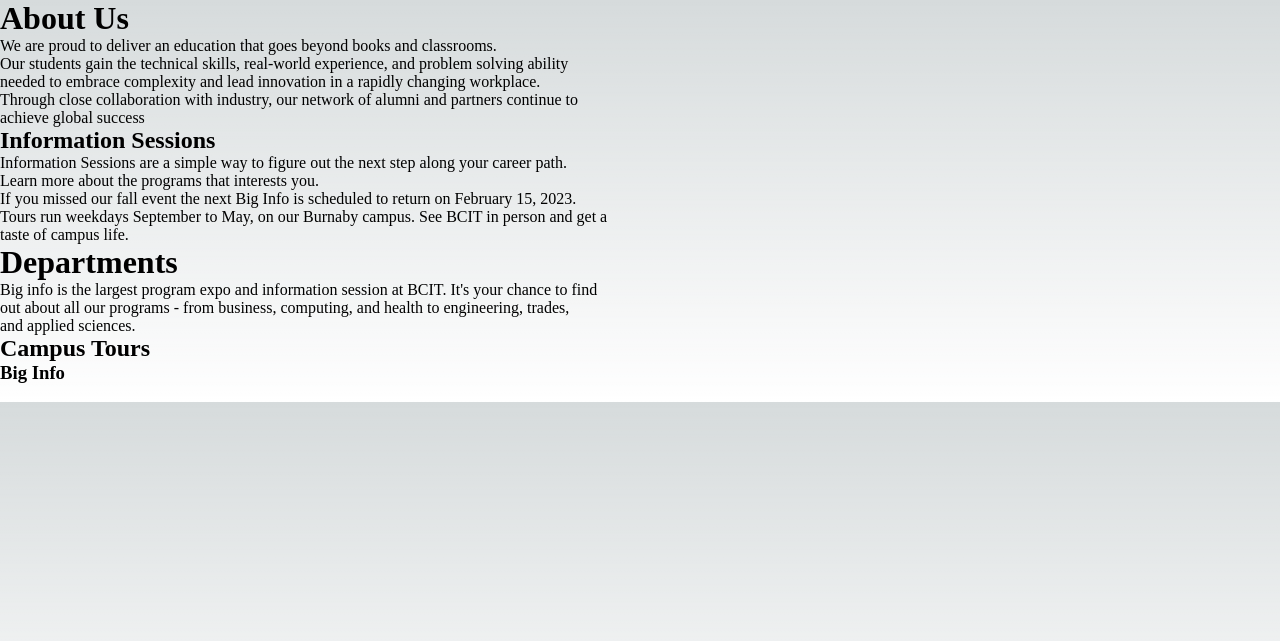
Repository: jennydmcm/assignment-1-playwright-site-A01338943
Page: /about
These files come from the project's save history. The page is drawn as it stood at one moment and after the next save; the edit follows.
The browser window is 1280 px wide. The pictures show the whole page.
The project was rebuilt for these pictures with package versions that can differ from the ones it lists, and the page was loaded fresh each time. The framework's server and built-in components were replaced by stand-ins that run in the browser. Also part of the build but not shown: next.config.js, styles/About.module.css.

Above is the page before, as saved 2023-02-08 12:34:04.

### pages/_app.js
import '../styles/globals.css'
import '../styles/variables.css'

function MyApp({ Component, pageProps }) {
  return <Component {...pageProps} />
}

export default MyApp

### pages/about.js
import Head from "next/head";
import Image from "next/image";
import { Inter } from "@next/font/google";
import styles from "@/styles/About.module.css";
const inter = Inter({ subsets: ["latin"] });

export default function Home() {
  return (
    <>
      <Head>
        <title>About Us</title>
        <meta name="description" content="Generated by create next app" />
        <meta name="viewport" content="width=device-width, initial-scale=1" />
        <meta name="author" content="MDIA 2109" />
        <meta property="og:title" content="Assignment #1 - About Us Page" />
        <meta
          property="og:description"
          content="BCIT Digital Design and Development Diploma"
        />
        <link rel="icon" href="/favicon.png" />
      </Head>
      <main className={styles.main}>
        <header>
          <div>
            <h1>About Us</h1>
            <p>
              We are proud to deliver an education that goes beyond books and
              classrooms.
            </p>
            <p>
              Our students gain the technical skills, real-world experience, and
              problem solving ability <br></br>
              needed to embrace complexity and lead innovation in a rapidly
              changing workplace.
            </p>
            <p>
              Through close collaboration with industry, our network of alumni
              and partners continue to <br></br>
              achieve global success
            </p>
          </div>
          <div>
            <h2>Information Sessions</h2>
            <p>
              Information Sessions are a simple way to figure out the next step
              along your career path. <br></br>
              Learn more about the programs that interests you.
            </p>

            <p>
              If you missed our fall event the next Big Info is scheduled to
              return on February 15, 2023.
            </p>
            <p>
              Tours run weekdays September to May, on our Burnaby campus. See
              BCIT in person and get a<br></br>
              taste of campus life.
            </p>
          </div>
          <h1>Departments</h1>
          <div>
            <p>
              Big info is the largest program expo and information session at
              BCIT. It's your chance to find<br></br>
              out about all our programs - from business, computing, and health
              to engineering, trades,<br></br>
              and applied sciences.
            </p>
            <h2>Campus Tours</h2>
          </div>
          <div>
            <h3>Big Info</h3>
          </div>
        </header>
      </main>

      <a>
        <span>
          <img href="/upwardArrow.png"></img>
          <img href="downwardArrow.png"></img>
        </span>
      </a>
    </>
  );
}

### styles/variables.css
:root{
    --primary-color: #fff;
    --secondary-color: #f4d6b9;
    --ternary-color: #14343d;
    --quaternary-color: #14343d;
    --quinary-color: rgba(16,46,53,0.5);

}

Loaded but not shown: pages/_document.js (common file); pages/api/hello.js (common file); styles/globals.css (common file)

After the next save:
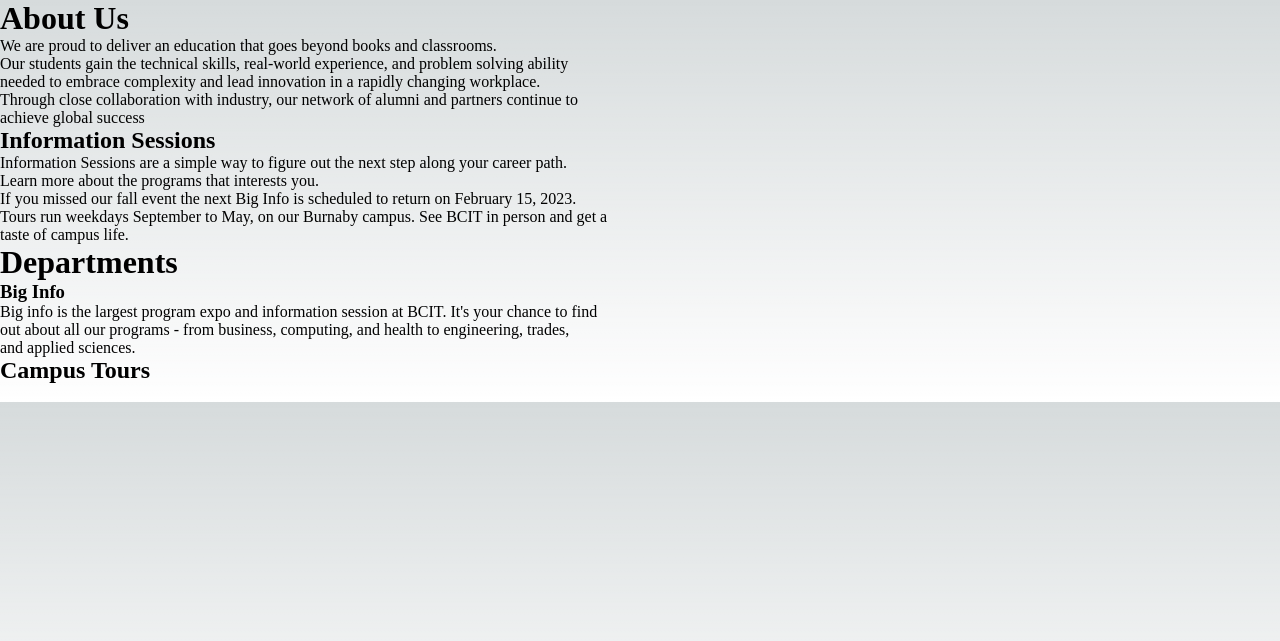
Saved 12 s later.
--- a/pages/about.js
+++ b/pages/about.js
@@ -59,6 +59,7 @@ export default function Home() {
           </div>
           <h1>Departments</h1>
           <div>
+            <h3>Big Info</h3>
             <p>
               Big info is the largest program expo and information session at
               BCIT. It's your chance to find<br></br>
@@ -68,9 +69,7 @@ export default function Home() {
             </p>
             <h2>Campus Tours</h2>
           </div>
-          <div>
-            <h3>Big Info</h3>
-          </div>
+          <div></div>
         </header>
       </main>
 
